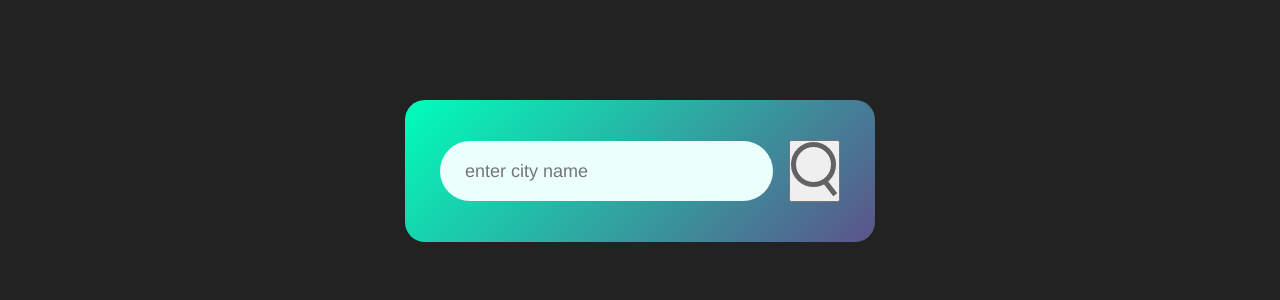
Repository: sodmaq/weatherApp
Page: index.html
These files come from the project's save history. The page is drawn as it stood at one moment and after the next save; the edit follows.
The browser window is 1280 px wide. The pictures show the whole page.

Above is the page before, as saved 2023-06-24 22:07:28.

After the next save:
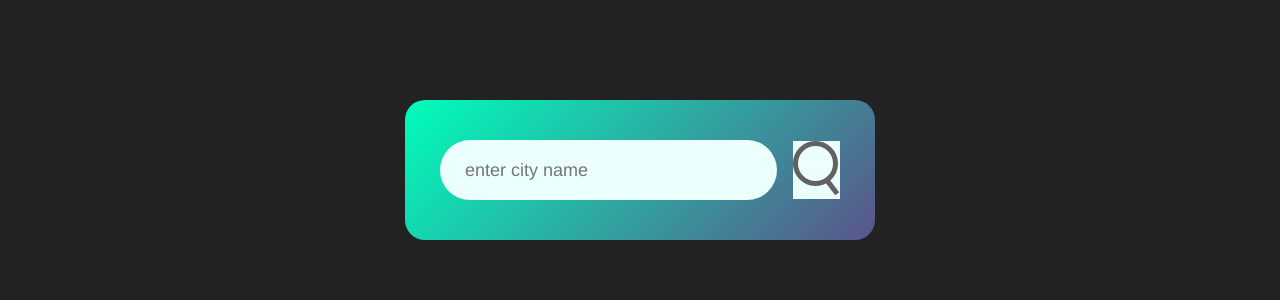
Saved 8 s later.
--- a/style.css
+++ b/style.css
@@ -38,5 +38,7 @@ body {
     font-size: 18px;
 }
 .search button{
-
+    border: 0;
+    outline: 0;
+    background: #ebfffc;
 }
